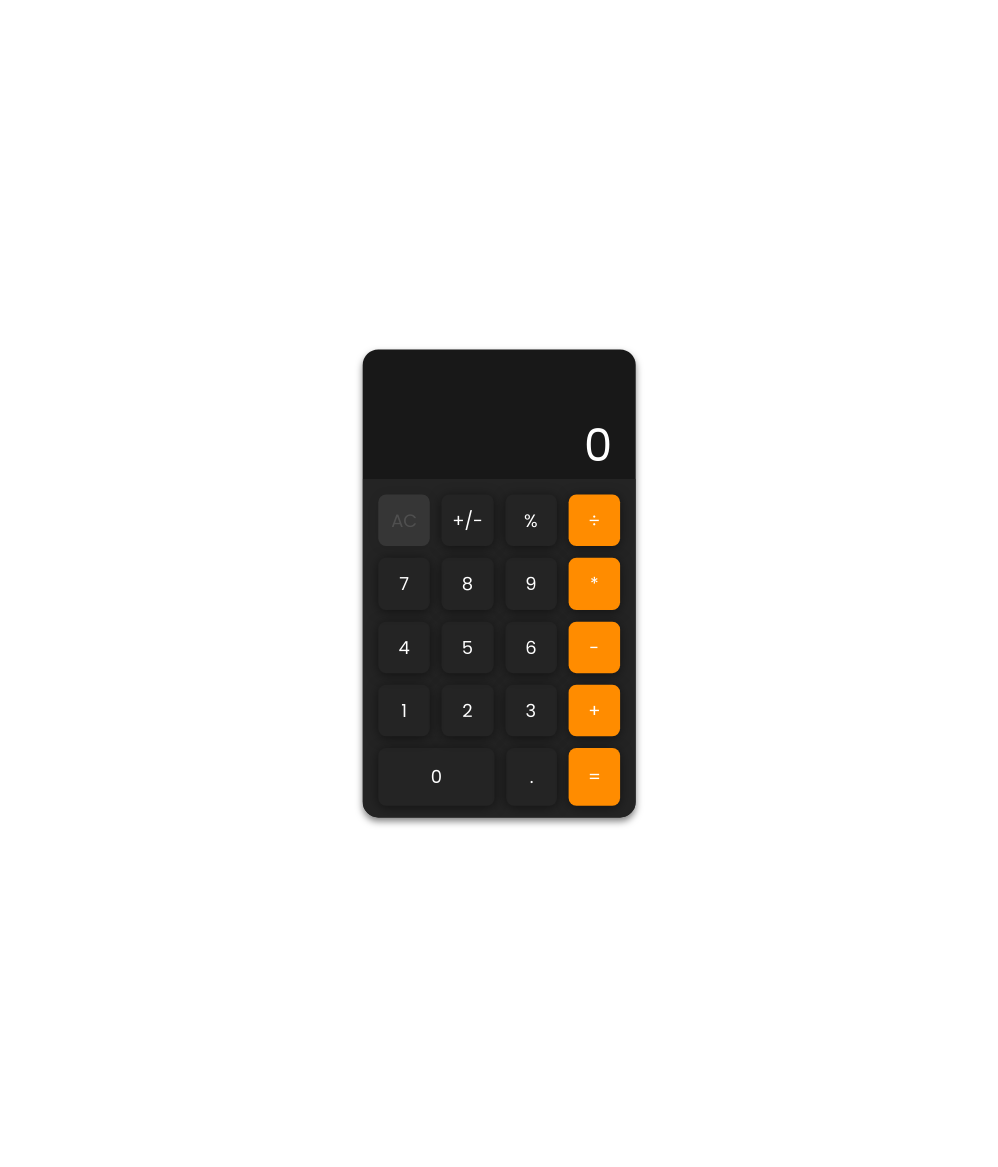
Repository: minhtien9/Calculator
Page: /
The author's editor kept a copy of each file at every save. The page is drawn from the files as they stood at one save, then again after the next save.
The browser window is 1280 px wide. The pictures show the whole page, at 78% of full size.
The pointer rests on the first visible `button`.
The project was rebuilt for these pictures with package versions that can differ from the ones it lists, and the page was loaded fresh each time.

Above is the page before, as saved 2022-07-21 22:33:51.

### src/index.js
import React from "react";
import ReactDOM from "react-dom/client";
import App from "./App";

const root = ReactDOM.createRoot(document.getElementById("root"));
root.render(
    <React.StrictMode>
        <App />
    </React.StrictMode>
);

// If you want to start measuring performance in your app, pass a function
// to log results (for example: reportWebVitals(console.log))
// or send to an analytics endpoint. Learn more: https://bit.ly/CRA-vitals

### src/App.js
import "./App.css";
import Caculator from "./Components/Caculator";

function App() {
    return (
        <div className='App'>
            <Caculator />
        </div>
    );
}

export default App;

### src/App.css
* {
    padding: 0;
    margin: 0;
    box-sizing: border-box;
    -webkit-user-select: none;
    -webkit-user-drag: none;
    -webkit-app-region: none;
}

### src/Components/Caculator.jsx
import React, { useEffect, useState } from "react";
import "./Caculator.scss";

const Caculator = () => {
    const [inputNum, setInputNum] = useState(0);
    const [calculatedNum, setCalculatedNum] = useState(0);
    const [operator, setOperator] = useState("");
    const [isDecimal, setIsDecimal] = useState(false);
    const [decimalCount, setDecimalCount] = useState(1);
    const [monitor, setMonitor] = useState("");

    useEffect(() => {
        setMonitor(inputNum);
    }, [inputNum]);

    useEffect(() => {
        setMonitor(calculatedNum);
    }, [calculatedNum]);

    // Take input number from keyboard
    const TakeInputNum = (num) => {
        if (isDecimal) {
            num = num / Math.pow(10, decimalCount);
            setDecimalCount(decimalCount + 1);
            setInputNum(parseFloat((inputNum + num).toFixed(decimalCount)));
        } else {
            setInputNum(inputNum * 10 + num);
        }
    };

    // Take operator from keyboard
    const TakeOperator = (operator) => {
        setOperator(operator);
        Calculate();
        setInputNum(0);
    };

    // Do the calculation
    const Calculate = () => {
        setIsDecimal(false);
        setDecimalCount(1);
        if (operator === "/" && inputNum === 0) {
            setCalculatedNum(NaN);
            setInputNum(0);
            return;
        }

        if (calculatedNum === 0 && inputNum === 0) {
            return;
        }

        switch (operator) {
            case "+":
                setCalculatedNum(calculatedNum + inputNum);
                break;
            case "-":
                setCalculatedNum(calculatedNum - inputNum);
                break;
            case "*":
                setCalculatedNum(calculatedNum * inputNum);
                break;
            case "/":
                setCalculatedNum(calculatedNum / inputNum);
                break;

            default:
                break;
        }
        if (operator === "") {
            setCalculatedNum(inputNum);
        } else {
            setInputNum(0);
        }
        return;
    };

    // Get the equation
    const GetEqual = () => {
        Calculate();
        setOperator("");
    };

    // Minus plus
    const minusPlus = () => {
        if (inputNum.chartAt(0) === "-") {
            setInputNum(inputNum.substring(1));
        } else {
            setInputNum("-" + inputNum);
        }
    };

    // Clear All
    const Clear = () => {
        setInputNum(0);
        setCalculatedNum(0);
        setMonitor("");
        setOperator("");
    };

    return (
        <div className='caculator'>
            <section className='monitor'>
                <p className='out-put'>{monitor}</p>
            </section>

            <section className='keyboard'>
                <div className='keyboard-row'>
                    <button
                        className='one-block'
                        onClick={() => {
                            Clear();
                        }}
                    >
                        AC
                    </button>
                    <button className='one-block' onClick={minusPlus}>
                        +/-
                    </button>
                    <button className='one-block'>%</button>
                    <button
                        className='one-block orange'
                        onClick={() => {
                            TakeOperator("/");
                        }}
                    >
                        ÷
                    </button>
                </div>

                <div className='keyboard-row'>
                    <button
                        className='one-block'
                        onClick={() => {
                            TakeInputNum(7);
                        }}
                    >
                        7
                    </button>
                    <button
                        className='one-block'
                        onClick={() => {
                            TakeInputNum(8);
                        }}
                    >
                        8
                    </button>
                    <button
                        className='one-block'
                        onClick={() => {
                            TakeInputNum(9);
                        }}
                    >
                        9
                    </button>
                    <button
                        className='one-block orange'
                        onClick={() => {
                            TakeOperator("*");
                        }}
                    >
                        *
                    </button>
                </div>

                <div className='keyboard-row'>
                    <button
                        className='one-block'
                        onClick={() => {
                            TakeInputNum(4);
                        }}
                    >
                        4
                    </button>
                    <button
                        className='one-block'
                        onClick={() => {
                            TakeInputNum(5);
                        }}
                    >
                        5
                    </button>
                    <button
                        className='one-block'
                        onClick={() => {
                            TakeInputNum(6);
                        }}
                    >
                        6
                    </button>
                    <button
                        className='one-block orange'
                        onClick={() => {
                            TakeOperator("-");
                        }}
                    >
                        -
                    </button>
                </div>

                <div className='keyboard-row'>
                    <button
                        className='one-block'
                        onClick={() => {
                            TakeInputNum(1);
                        }}
                    >
                        1
                    </button>
                    <button
                        className='one-block'
                        onClick={() => {
                            TakeInputNum(2);
                        }}
                    >
                        2
                    </button>
                    <button
                        className='one-block'
                        onClick={() => {
                            TakeInputNum(3);
                        }}
                    >
                        3
                    </button>
                    <button
                        className='one-block orange'
                        onClick={() => {
                            TakeOperator("+");
                        }}
                    >
                        +
                    </button>
                </div>

                <div className='keyboard-row'>
                    <button
                        className='two-block'
                        onClick={() => {
                            TakeInputNum(0);
                        }}
                    >
                        0
                    </button>
                    <button
                        className='one-block'
                        onClick={() => {
                            setIsDecimal(true);
                        }}
                    >
                        .
                    </button>
                    <button
                        className='one-block orange'
                        onClick={() => {
                            GetEqual();
                        }}
                    >
                        =
                    </button>
                </div>
            </section>
        </div>
    );
};

export default Caculator;

### src/Components/Caculator.scss
@import url("https://fonts.googleapis.com/css2?family=Poppins:ital,wght@0,100;0,200;0,300;0,400;0,500;0,600;0,700;0,800;0,900;1,100;1,200;1,300;1,400;1,500;1,600;1,700;1,800;1,900&display=swap");

* {
    font-family: "Poppins";
    font-size: 23px;
    color: white;
}

button {
    border: none;
    background: none;
    cursor: pointer;
    border-radius: 10px;
    box-shadow: 0 2px 15px 0 rgba(0, 0, 0, 0.5);
}

button:hover {
    opacity: 0.2;
    background-color: grey;
}

.orange {
    background: darkorange;
    color: white;
}

.orange:hover {
    background-color: white;
    color: orange;
}

.caculator {
    width: 350px;
    height: 600px;
    margin: 35% auto;
    background-color: rgb(24, 24, 24);
    display: flex;
    flex-direction: column;
    border-radius: 20px;
    overflow: hidden;
    box-shadow: 0px 5px 10px 0px rgba(0, 0, 0, 0.5);
}

.monitor {
    .out-put {
        margin: 80px 30px 0px;
        font-size: 2.5rem;
        text-align: right;
    }
}

.keyboard {
    display: flex;
    flex-direction: column;
    background: rgb(36, 36, 36);
    gap: 15px;
    padding: 20px;
}

.keyboard-row {
    display: flex;
    gap: 15px;
    .one-block {
        width: 25%;
        aspect-ratio: 1/1;
    }

    .two-block {
        width: calc(50% - -21px);
        aspect-ratio: 2/1;
    }
}

Loaded but not shown: public/index.html (common file); public/manifest.json (common file)

After the next save:
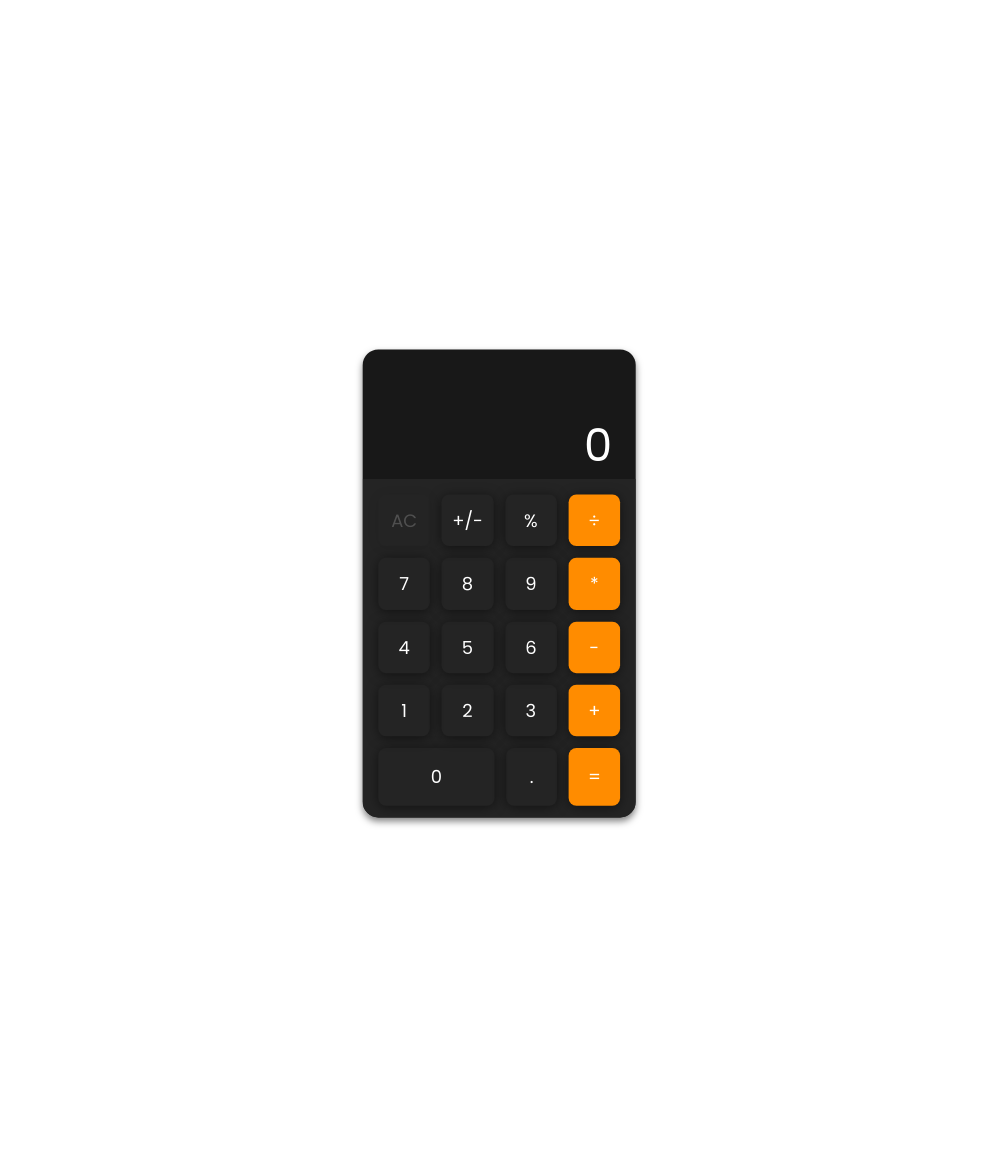
Saved 12 s later.
--- a/src/Components/Caculator.scss
+++ b/src/Components/Caculator.scss
@@ -16,7 +16,6 @@ button {
 
 button:hover {
     opacity: 0.2;
-    background-color: grey;
 }
 
 .orange {
